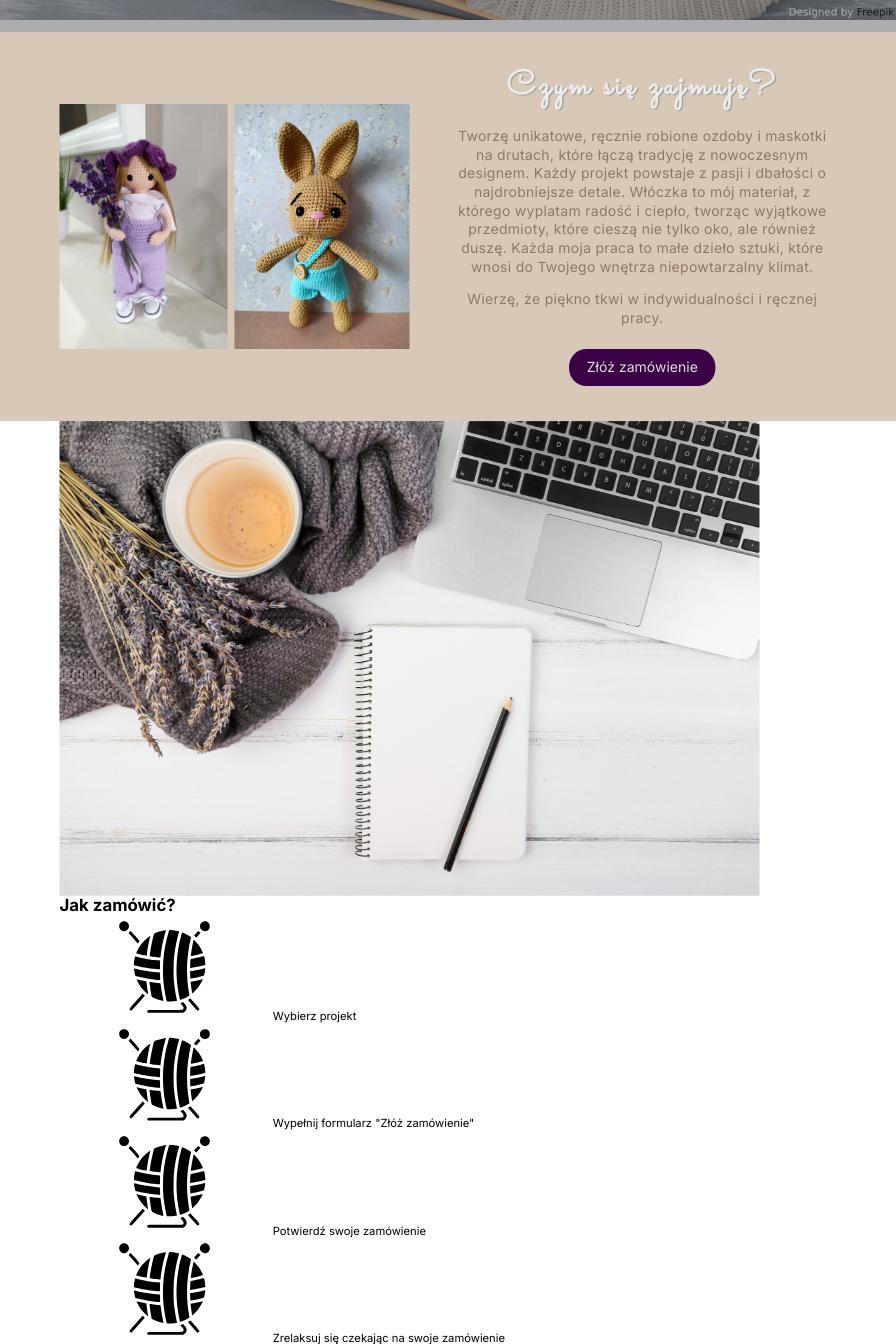
Repository: KlaudiaK0205/Craftoszet
Page: index.html
The author's editor kept a copy of each file at every save. The page is drawn from the files as they stood at one save, then again after a run of saves.
The browser window is 1280 px wide. The pictures show the part of the page from y = 982 to 2902 px (the page is 2902 px tall before and 2772 px after), at 70% of full size.
Some web libraries are served in a nearby version. The style sheet was rebuilt from its Sass, Less or Tailwind sources for each picture, by a compiler version that may differ from the author's.

Above is the page before, as saved 2024-10-06 13:38:40.

After the next 3 saves:
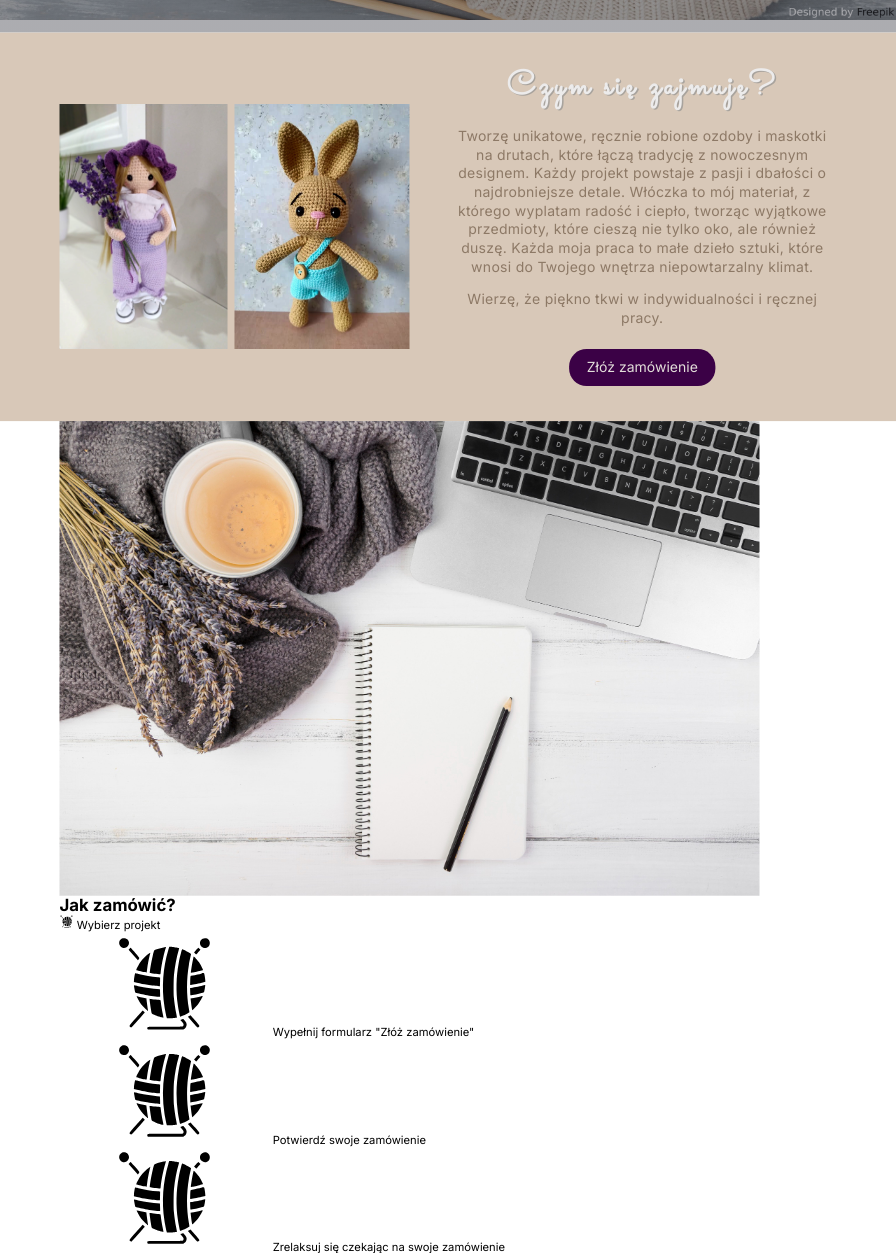
The 3 saves are shown as one change because they came seconds apart.
The last was saved 21 s later.
--- a/sass/main.scss
+++ b/sass/main.scss
@@ -1,6 +1,7 @@
 @import './base/common';
 @import './base/container';
 
+@import './components/icons';
 @import './components/logo';
 @import './components/orderBtn';
 
